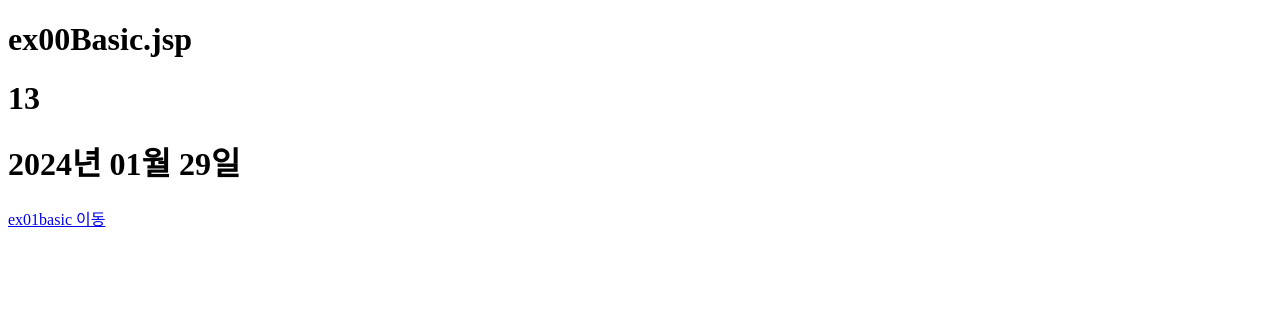
Repository: pyeonm30/PYMjspWorkspace
Page: http://localhost/basicJSP/ex00basic.jsp
The author's editor kept a copy of each file at every save. The page is drawn from the files as they stood at one save, then again after the next save.
The browser window is 1280 px wide. The pictures show the whole page.
The page is served by Tomcat 9.

Above is the page before, as saved 2024-01-29 08:28:53.

After the next save:
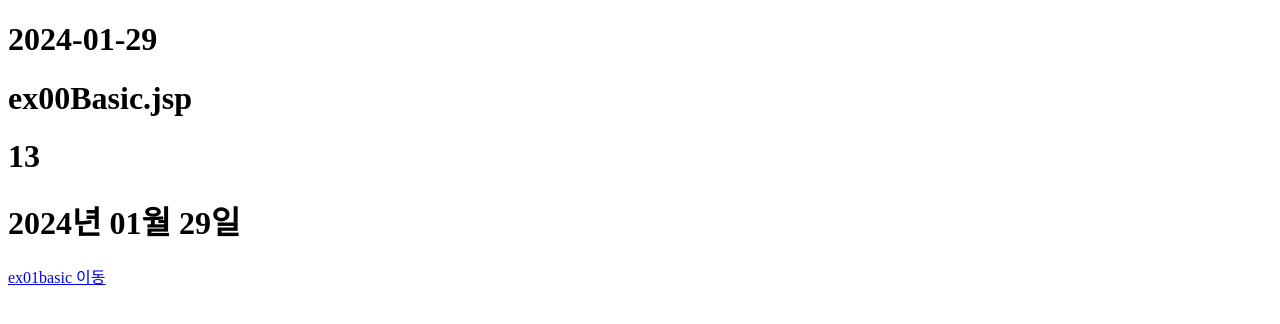
Saved 35 s later.
--- a/basicJSP/src/main/webapp/ex00basic.jsp
+++ b/basicJSP/src/main/webapp/ex00basic.jsp
@@ -22,6 +22,7 @@
 <%
    LocalDate today = LocalDate.now();
 	System.out.println(today);
+	out.println("<h1>" + today +"</h1>");
 	String now = today.format(DateTimeFormatter.ofPattern("yyyy년 MM월 dd일"));
 %>
 </head>
